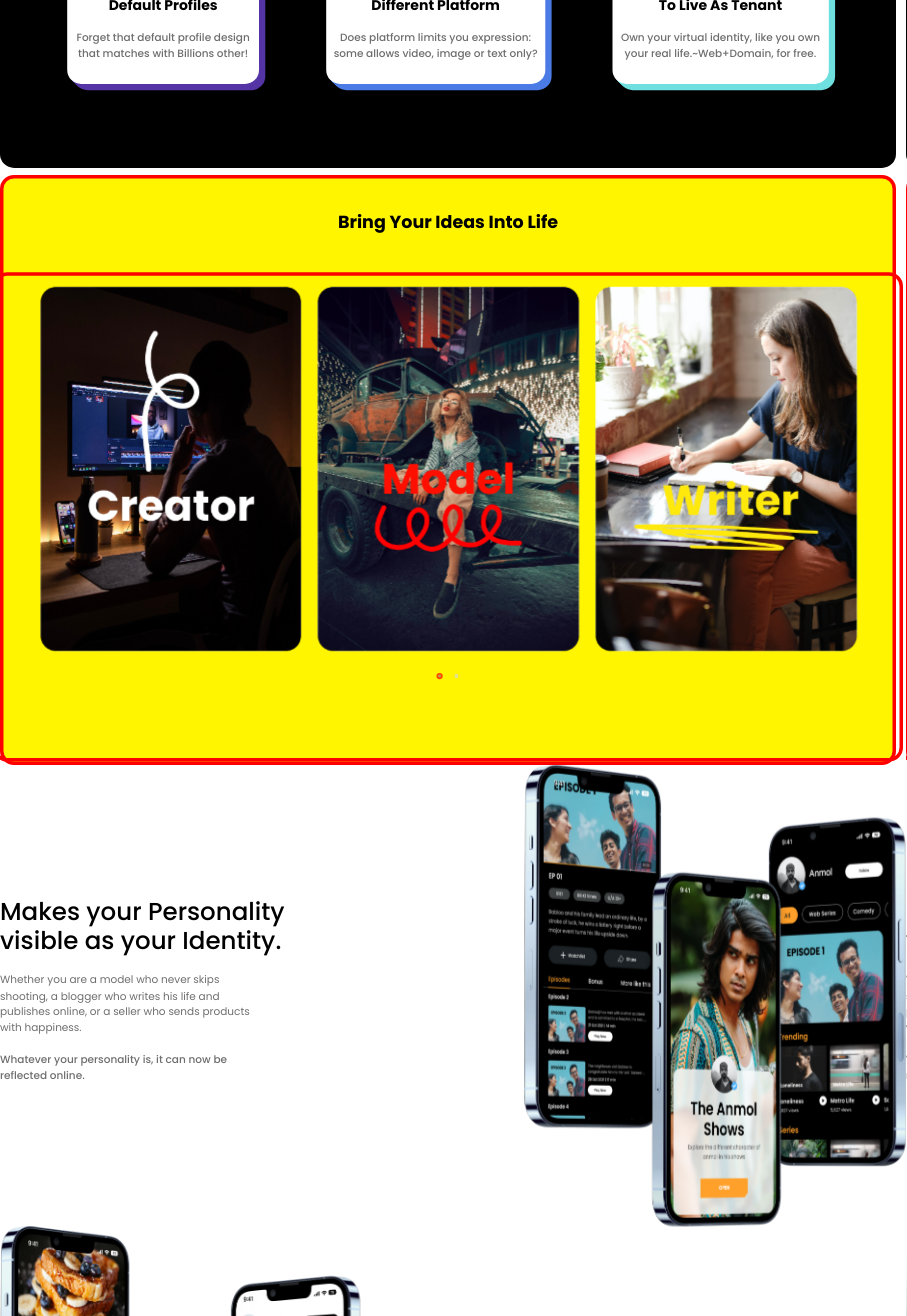
Repository: itsmesikandar/swavy.in.github.io
Page: index.html
The author's editor kept a copy of each file at every save. The page is drawn from the files as they stood at one save, then again after the next save.
The browser window is 1280 px wide. The page is 1295 px wide, so the pictures cover 1295 px, including what lies to the right of the window. The pictures show the part of the page from y = 1177 to 3057 px (the page is 4936 px tall before and 4925 px after), at 70% of full size.

Above is the page before, as saved 2023-02-22 23:45:39.
Console error: TypeError: Cannot read properties of undefined (reading 'fn')

After the next save:
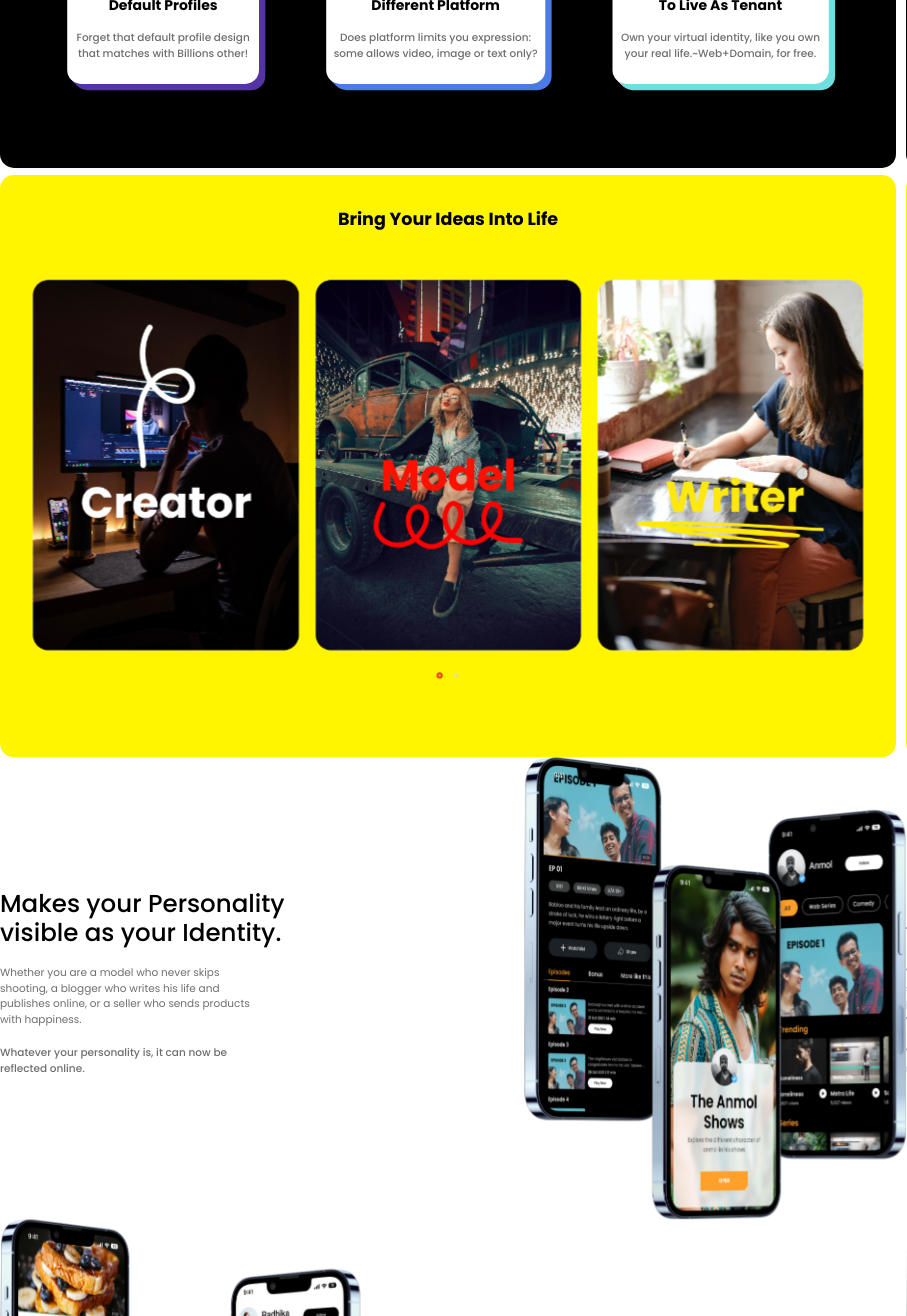
Saved 38 s later.
--- a/index.html
+++ b/index.html
@@ -104,7 +104,7 @@
           </section>
 
 
-          <section class=" features-overview customer-feedback bg_color_second border-to" id="feedback-section">
+          <section class=" features-overview customer-feedback bg_color_second" id="feedback-section">
             <div class="row">
               <div class="col-12 text-center pb-5">
 
@@ -112,7 +112,7 @@
 
               </div>
 
-              <div class="col-12  border-to pa-5">
+              <div class="col-12 pa-5">
                 <div class="owl-carousel owl-theme grid-margin">
                   <div class="card customer-cards">
                     <img src="images/educator.png"  alt="" >
